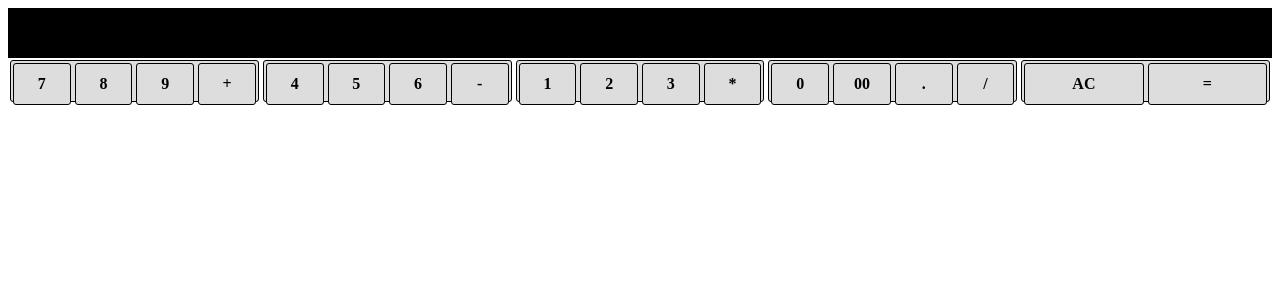
Repository: masa-rock/kadai_jquery_2
Page: index.html
The author's editor kept a record of every edit. The page is drawn from the files as they stood at one moment, then again after the next edit.
The browser window is 1280 px wide. The pictures show the whole page.
Some web libraries are served in a nearby version.

Above is the page before.

### index.html
    <!DOCTYPE html>
    <html lang="en">
      <head>
        <meta charset="utf-8">
        <script src="https://code.jquery.com/jquery-3.2.1.js" integrity="sha256-DZAnKJ/6XZ9si04Hgrsxu/8s717jcIzLy3oi35EouyE=" crossorigin="anonymous"></script>
        <link rel="stylesheet" href="style.css">
        <title>電卓</title>
      </head>

      <body>
        <div>
          <div class="calculator_display"></div>
          <div class="calculator_command">
            <div class="calculator_command">
              <div class="com_7">7</div>
              <div class="com_8">8</div>
              <div class="com_9">9</div>
              <div class="com_addition">+</div>
            </div>
            <div class="calculator_command">
              <div class="com_4">4</div>
              <div class="com_5">5</div>
              <div class="com_6">6</div>
              <div class="com_subtraction">-</div>
            </div>
            <div class="calculator_command">
              <div class="com_1">1</div>
              <div class="com_2">2</div>
              <div class="com_3">3</div>
              <div class="com_multiply">*</div>
            </div>
            <div class="calculator_command">
              <div class="com_0">0</div>
              <div class="com_00">00</div>
              <div class="com_decimal_point">.</div>
              <div class="com_division">/</div>
            </div>
            <div class="calculator_command">
              <div class="com_ac">AC</div>
              <div class="com_equal">=</div>
            </div>
          </div>
        </div>


        <script src="main.js"></script>
      </body>
    </html>

### style.css
.calculator{
  width:500px;
}

.calculator_display{
  width:100%;
  height: 50px;
  line-height: 50px;
  font-size:24px;
  background-color: #000;
  text-align: right;
  color:#fff;
}

.calculator_command{
  display: flex;
  justify-content:space-between;
}

.calculator_command div{
  width: 100%;
  height:40px;
  line-height: 40px;
  margin:2px;
  font-weight: bold;
  background-color:#ddd;
  border:solid 1px #000;
  border-radius: 3px;
  text-align: center;

}

### main.js
$(document).ready(function(){

  let push_num = [];
  let result ="";
  let num_1 = "";
  var num_top="";


  $('.com').on('click',function(){
    push_num.push($(this).text());
    num_1 = push_num.join('');
    num_top = push_num[0];
    if (num_top == 0 || num_top == 00){
      $(".calculator_display").text(0);
    }else{
      $(".calculator_display").text(num_1);
    }
  });

  // 四則演算ボタン操作


  // ACボタン操作
  $('.com_ac').on('click',function(){
    push_num = [];
    num_1 = "";
    $(".calculator_display").text(0);
  });

  // equalボタン操作
  $('.com_equal').on('click',function() {
      result = eval(num_1);
      $(".calculator_display").text(result);
  });
});


// ○+△-□ができるようにする
// ++,*-など連続がないようにする。

After the next edit:
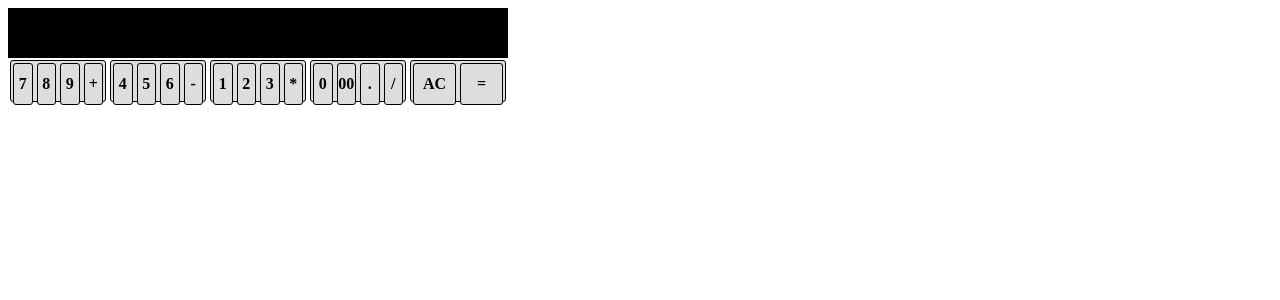
The edit:
--- a/index.html
+++ b/index.html
@@ -8,7 +8,7 @@
       </head>
 
       <body>
-        <div>
+        <div class="calculator">
           <div class="calculator_display"></div>
           <div class="calculator_command">
             <div class="calculator_command">
